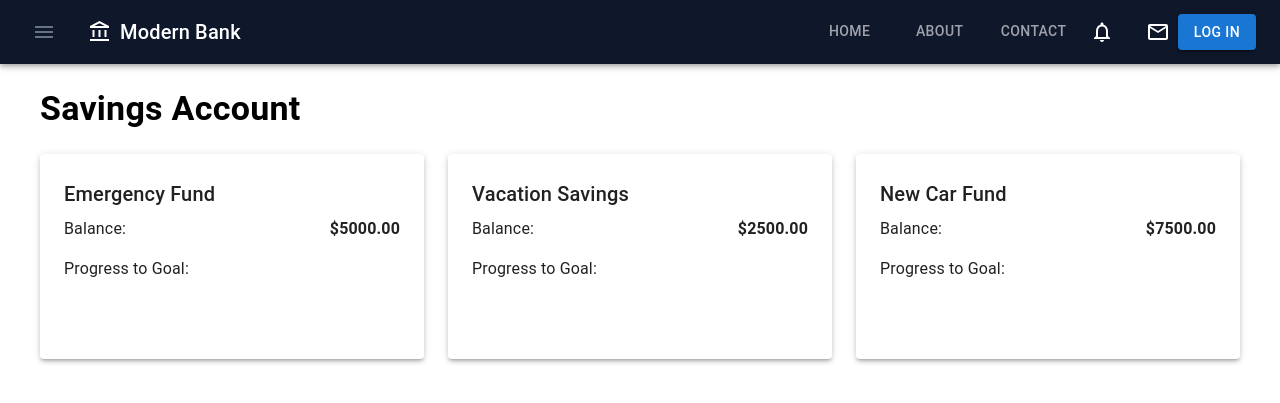
Repository: MohammadMazloum123/Moder-Bank-Full-Stack-Project
Page: /savings-account (app in Desktop/front-modernbank/front-modernbank/)
An editor plug-in stored every save of this project. The page is shown before and after a run of saves, followed by the edit.
The browser window is 1280 px wide. The pictures show the whole page.
The project was rebuilt for these pictures with package versions that can differ from the ones it lists, and the page was loaded fresh each time. Also part of the build but not shown: Desktop/front-modernbank/front-modernbank/src/components/HomePage.jsx, Desktop/front-modernbank/front-modernbank/src/transactions/NewTransaction.tsx, Desktop/front-modernbank/front-modernbank/src/transactions/TransactionsHistory.tsx.

Above is the page before, as saved 2024-11-18 17:25:37.

After the next 6 saves:
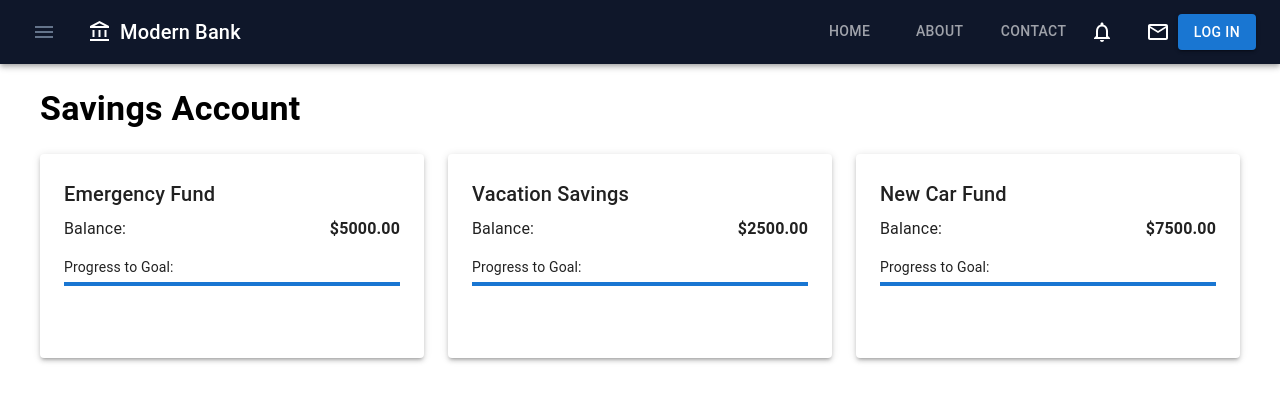
The 6 saves are shown as one change because 1 did not build or start and some came seconds apart.
The last was saved 21 s later.
--- a/Desktop/front-modernbank/front-modernbank/src/savings/SavingsAccount.tsx
+++ b/Desktop/front-modernbank/front-modernbank/src/savings/SavingsAccount.tsx
@@ -65,7 +65,10 @@ return (
                             <Typography variant='body1' fontWeight='bold'>${account.balance.toFixed(2)}</Typography>
                         </Box>
                         <Box>
-                            <Typography gutterBottom>Progress to Goal:</Typography>
+                            <Typography variant='body2' gutterBottom>Progress to Goal:</Typography>
+                            <LinearProgress
+                            variant=''
+                            />
                         </Box>
                     </Paper>
                 </Grid>
